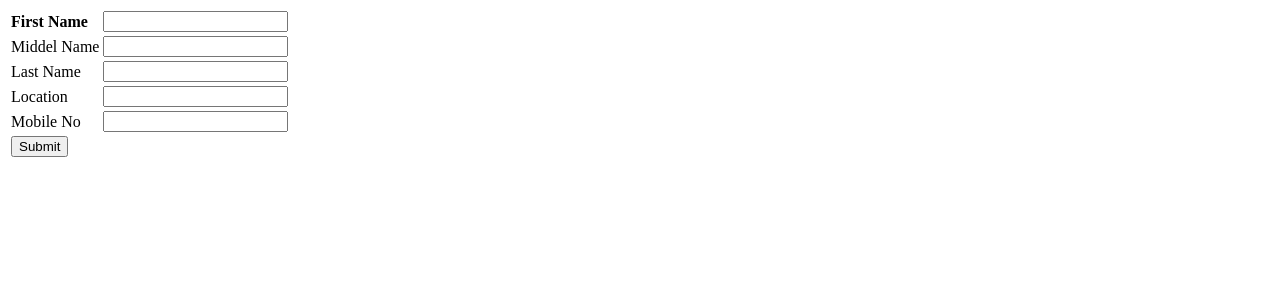
Repository: nosranijuned/WebRegister
Page: WebRegister/WebContent/index.html
The author's editor kept a copy of each file at every save. The page is drawn from the files as they stood at one save, then again after the next save.
The browser window is 1280 px wide. The pictures show the whole page.

Above is the page before, as saved 2019-03-11 10:43:13.

### WebRegister/WebContent/index.html
<!DOCTYPE html>
<html>
<head>
<meta charset="ISO-8859-1">
<title>Insert title here</title>
<script type="text/javascript">
function GEEKFORGEEKS()
{
    var fname = document.forms["RegForm"]["fname"];
    var mname = document.forms["RegForm"]["mname"];
    var lname = document.forms["RegForm"]["lname"];
    var location =  document.forms["RegForm"]["loc"];
    var mobile = document.forms["RegForm"]["mob"];

    if (fname.value == "")
    {
        window.alert("Please enter your first name.");
        fname.focus();
        return false;
    }

    if (mname.value == "")
    {
        window.alert("Please enter your middle name.");
        mname.focus();
        return false;
    }

    if (fname.value == "")
    {
        window.alert("Please enter your last name.");
        fname.focus();
        return false;
    }

     if (location.value == "")
    {
        window.alert("Please enter your location.");
        location.focus();
        return false;
    }

    if (mobile.value == "")
    {
        window.alert("Please enter your mobile no");
        mobile.focus();
        return flase;
    }
   return true;
}
</script>
</head>
<body>
	<form action="" onsubmit="return GEEKFORGEEKS()" method="post">
		<table>
			<tr><td><b>First Name</b></td><td><input type="text" name="fname"></td></tr>
			<tr><td>Middel Name</td><td><input type="text" name="mname"></td></tr>
			<tr><td>Last Name</td><td><input type="text" name="lname"></td></tr>
			<tr><td>Location</td><td><input type="text" name="loc"></td></tr>
			<tr><td>Mobile No</td><td><input type="text" name="mob"></td></tr>
			<tr><td><input type="submit" value="Submit"></td></tr>
		</table>
	</form>
</body>
</html>

After the next save:
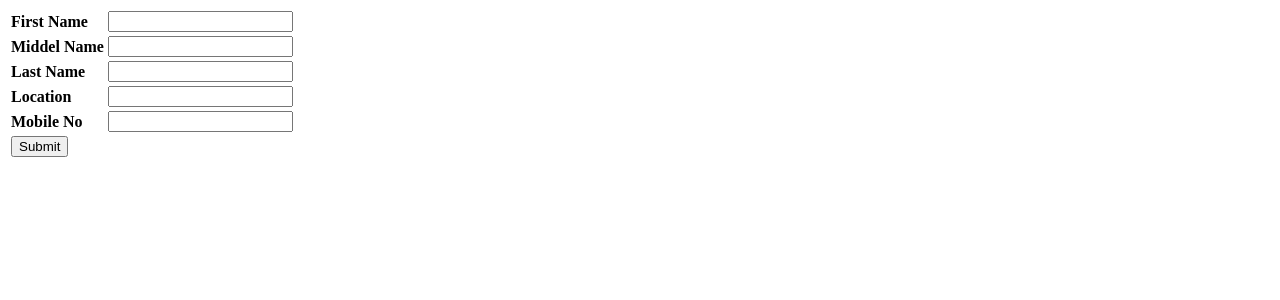
Saved 39 s later.
--- a/WebRegister/WebContent/index.html
+++ b/WebRegister/WebContent/index.html
@@ -54,10 +54,10 @@ function GEEKFORGEEKS()
 	<form action="" onsubmit="return GEEKFORGEEKS()" method="post">
 		<table>
 			<tr><td><b>First Name</b></td><td><input type="text" name="fname"></td></tr>
-			<tr><td>Middel Name</td><td><input type="text" name="mname"></td></tr>
-			<tr><td>Last Name</td><td><input type="text" name="lname"></td></tr>
-			<tr><td>Location</td><td><input type="text" name="loc"></td></tr>
-			<tr><td>Mobile No</td><td><input type="text" name="mob"></td></tr>
+			<tr><td><b>Middel Name</b></td><td><input type="text" name="mname"></td></tr>
+			<tr><td><b>Last Name</b></td><td><input type="text" name="lname"></td></tr>
+			<tr><td><b>Location</b></td><td><input type="text" name="loc"></td></tr>
+			<tr><td><b>Mobile No</b></td><td><input type="text" name="mob"></td></tr>
 			<tr><td><input type="submit" value="Submit"></td></tr>
 		</table>
 	</form>
